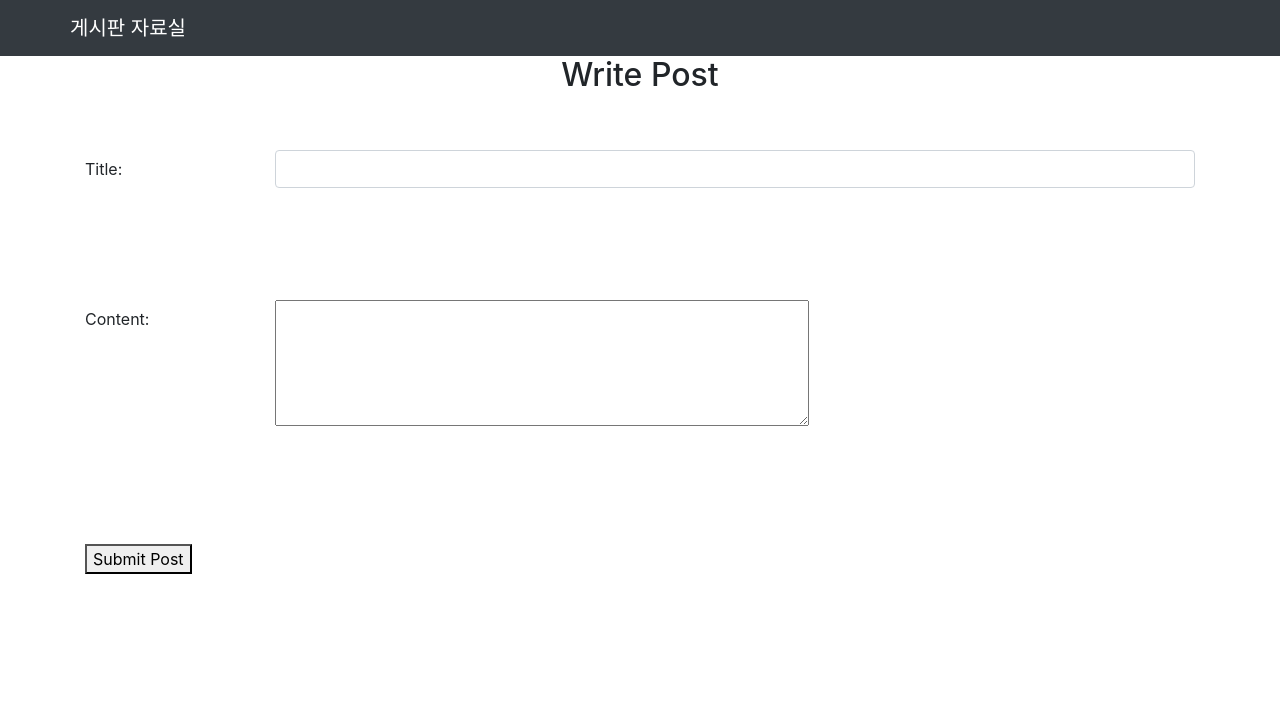
Repository: LeeKukJu/JSP-Study
Page: http://localhost/JSPBook/ch11/totaltest/boardInsert.jsp
The author's editor kept a copy of each file at every save. The page is drawn from the files as they stood at one save, then again after the next save.
The browser window is 1280 px wide. The pictures show the whole page.
The page is served by Tomcat 9. Nobody is signed in. The application's start-up code is not run.

Above is the page before, as saved 2023-02-04 02:08:56.

After the next save:
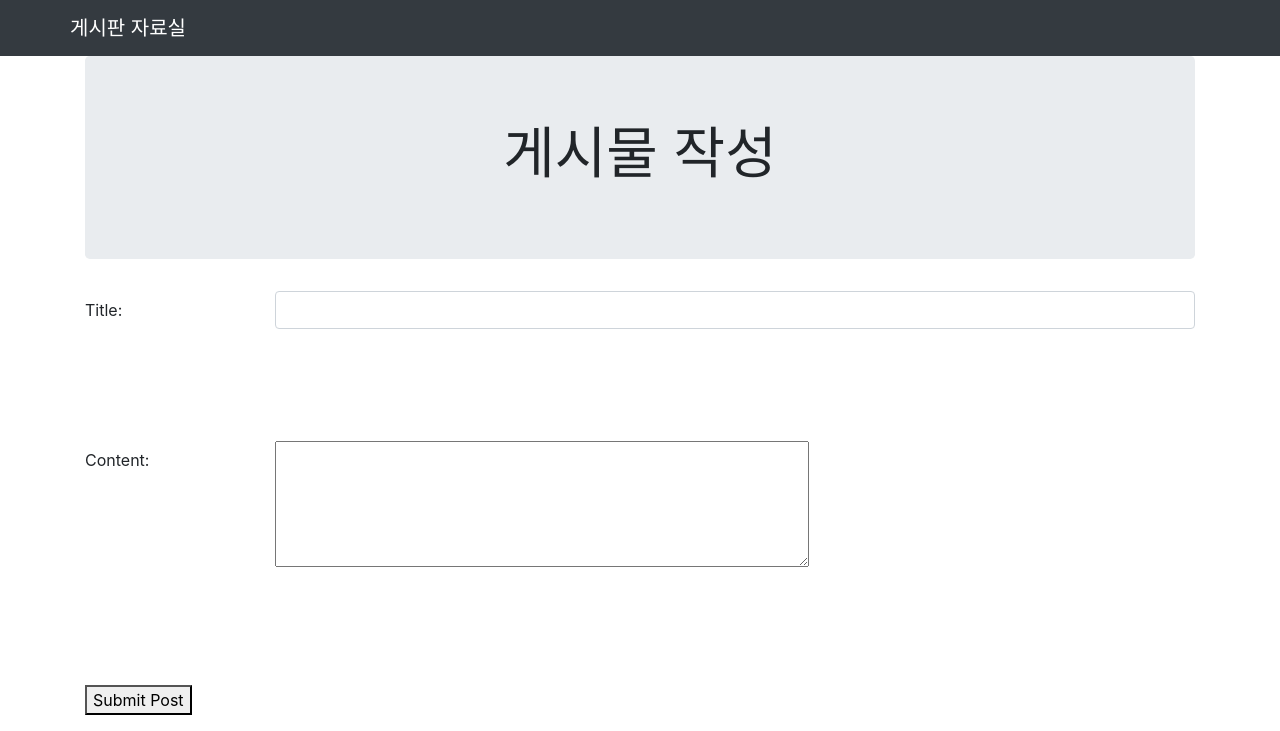
Saved 43 s later.
--- a/JSPBook/WebContent/ch11/totaltest/boardInsert.jsp
+++ b/JSPBook/WebContent/ch11/totaltest/boardInsert.jsp
@@ -20,7 +20,11 @@
 
  <div class="container">
 
-      <h2 class="text-center">Write Post</h2><br><br>
+      <div class="jumbotron">
+		<div class="container" align="center">
+			<h1 class="display-4">게시물 작성</h1>
+		</div>
+	</div>
 
       <form action="/action_page_post_form" method="post">
 
